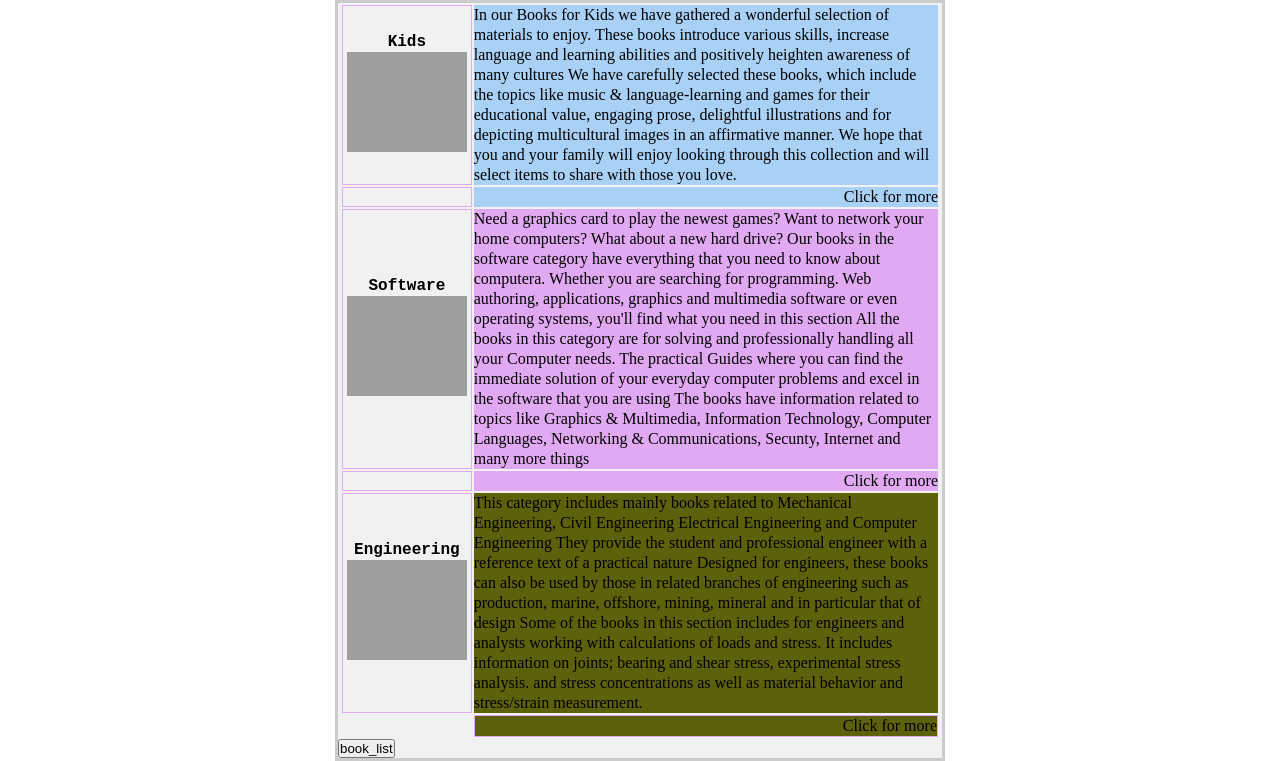
Repository: Helianthusss/Learn-CPP
Page: HTML/lap2/bai4/bai4.html
The author's editor kept a copy of each file at every save. The page is drawn from the files as they stood at one save, then again after the next save.
The browser window is 1280 px wide. The pictures show the whole page.
Pictures or frames that could not be fetched are drawn as grey boxes.

Above is the page before, as saved 2021-10-10 08:18:59.

### HTML/lap2/bai4/bai4.html
<!DOCTYPE html>
<html lang="en">
  <head>
    <meta charset="UTF-8" />
    <meta http-equiv="X-UA-Compatible" content="IE=edge" />
    <meta name="viewport" content="width=device-width, initial-scale=1.0" />
    <title>Document</title>
    <link rel="stylesheet" href="bai4.css" />
  </head>
  <body>
    <div class="tab">
      <table>
        <tr id="tb1">
          <td class="tb12">
            <b> Kids</b>
            <img
              src="https://image.freepik.com/free-vector/children-day-draw-icon-collection_23-2147527765.jpg"
              width="120px"
              height="100px"
            />
          </td>
          <td class="tb11">
            In our Books for Kids we have gathered a wonderful selection of
            materials to enjoy. These books introduce various skills, increase
            language and learning abilities and positively heighten awareness of
            many cultures We have carefully selected these books, which include
            the topics like music & language-learning and games for their
            educational value, engaging prose, delightful illustrations and for
            depicting multicultural images in an affirmative manner. We hope
            that you and your family will enjoy looking through this collection
            and will select items to share with those you love.
          </td>
        </tr>
        <tr id="tb2">
          <td class="tb22"></td>
          <td class="tb21">Click for more</td>
        </tr>
        <tr id="tb3">
          <td class="tb31">
            <b> Software</b>
            <img
              src="https://khoaluantotnghiep.com/wp-content/uploads/2019/10/hinh-anh-quan-ly-nha-truong-2.jpg"
              width="120px"
              height="100px"
            />
          </td>
          <td class="tb32">
            Need a graphics card to play the newest games? Want to network your
            home computers? What about a new hard drive? Our books in the
            software category have everything that you need to know about
            computera. Whether you are searching for programming. Web authoring,
            applications, graphics and multimedia software or even operating
            systems, you'll find what you need in this section All the books in
            this category are for solving and professionally handling all your
            Computer needs. The practical Guides where you can find the
            immediate solution of your everyday computer problems and excel in
            the software that you are using The books have information related
            to topics like Graphics & Multimedia, Information Technology,
            Computer Languages, Networking & Communications, Secunty, Internet
            and many more things
          </td>
        </tr>
        <tr id="tb4">
          <td class="tb42"></td>
          <td class="tb41">Click for more</td>
        </tr>
        <tr id="tb5">
          <td class="tb51">
            <b> Engineering</b>
            <img
              src="https://www.du-hoc.net/wp-content/uploads/2018/06/vietnamese-engineer.jpg"
              width="120px"
              height="100px"
            />
          </td>
          <td class="tb52">
            This category includes mainly books related to Mechanical
            Engineering, Civil Engineering Electrical Engineering and Computer
            Engineering They provide the student and professional engineer with
            a reference text of a practical nature Designed for engineers, these
            books can also be used by those in related branches of engineering
            such as production, marine, offshore, mining, mineral and in
            particular that of design Some of the books in this section includes
            for engineers and analysts working with calculations of loads and
            stress. It includes information on joints; bearing and shear stress,
            experimental stress analysis. and stress concentrations as well as
            material behavior and stress/strain measurement.
          </td>
        </tr>
        <tr id="tb6">
          <td class="tb62"></td>
          <td class="tb61">Click for more</td>
        </tr>
      </table>
      <input type="submit" value="book_list" style="text-align: left" />
    </div>
  </body>
</html>

### HTML/lap2/bai4/bai4.css
* {
  padding: 0px;
  margin: 0px;
  box-sizing: border-box;
}
/* body{
    border:3px solid #00ff00;
          width:860px;
          height:820px;
          overflow-x:initial;
          overflow-y:initial;
} */
table {
  margin-left: auto;
  margin-right: auto;
  width: 600px;
  line-height: 20px;
  /* overflow-y: auto; */
}
.tab {
  overflow: hidden;
  border: 3px solid #ccc;
  background-color: #f1f1f1;
  margin-left: auto;
  margin-right: auto;
  width: 610px;
  /* overflow-x:initial;
          overflow-y:initial; */
}
/* .tab button {
    background-color: inherit;
    float: left;
    border: none;
    outline: none;
    cursor: pointer;
    padding: 14px 16px;
    transition: 0.3s;
    font-size: 17px;
  } */
#tb1 .tb11 {
  text-align: left;
  background-color: #a9d0f5;
}
#tb1 .tb12 {
  font-family: "Courier New", Courier, monospace;
  text-align: center;
  /* border-color: #E2A9F3;
    border: 1px; */
  border: 1px solid #e2a9f3;
}
#tb2 .tb21 {
  background-color: #a9d0f5;
  text-align: right;
}
#tb2 .tb22 {
  border: 1px solid #e2a9f3;
}
#tb3 .tb31 {
  text-align: center;
  font-family: "Courier New", Courier, monospace;
  border: 1px solid #e2a9f3;
}
#tb3 .tb32 {
  background-color: #e2a9f3;
}
#tb4 .tb41 {
  background-color: #e2a9f3;
  text-align: right;
}
#tb4 .tb42 {
  border: 1px solid #e2a9f3;
}
#tb5 .tb51 {
  font-family: "Courier New", Courier, monospace;
  text-align: center;
  border: 1px solid #e2a9f3;
}
#tb5 .tb52 {
  background-color: #5e610b;
}
#tb6 .tb61 {
  background-color: #5e610b;
  text-align: right;
}
#tb6 .tb61 {
  border: 1px solid #e2a9f3;
}

After the next save:
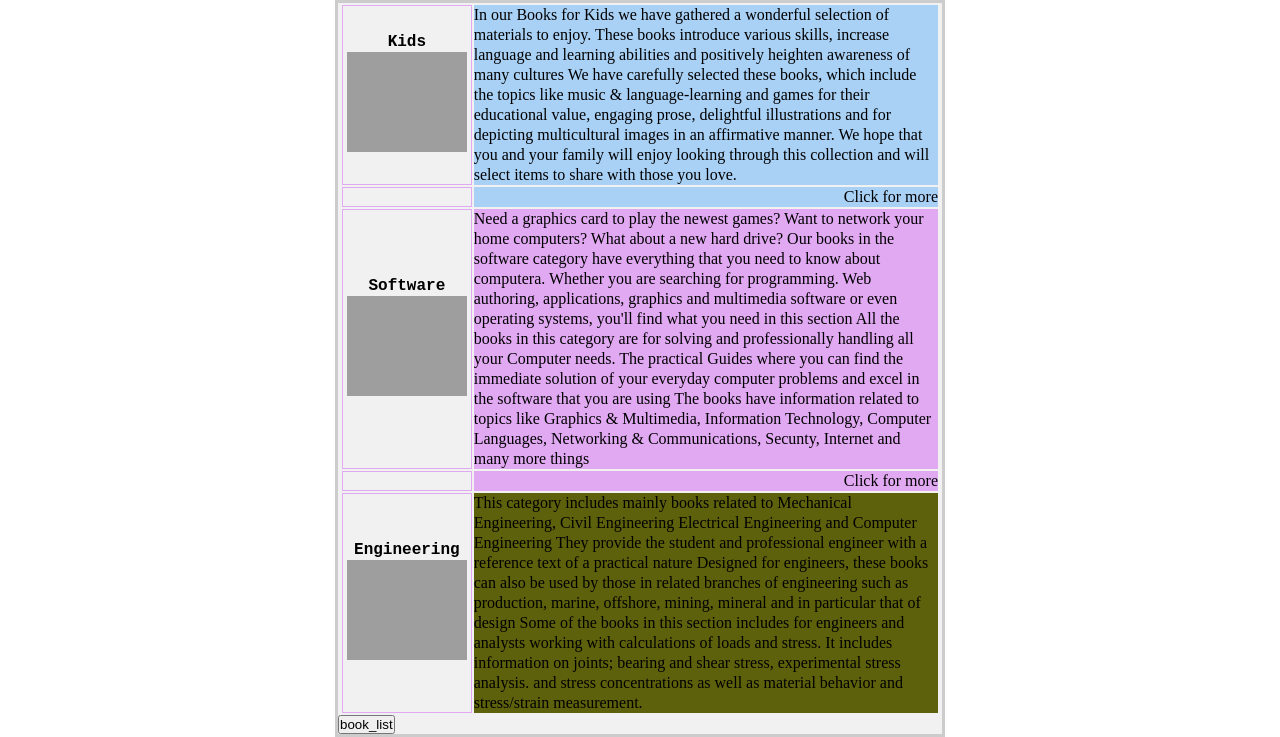
Saved 94 s later.
--- a/HTML/lap2/bai4/bai4.html
+++ b/HTML/lap2/bai4/bai4.html
@@ -87,10 +87,6 @@
             material behavior and stress/strain measurement.
           </td>
         </tr>
-        <tr id="tb6">
-          <td class="tb62"></td>
-          <td class="tb61">Click for more</td>
-        </tr>
       </table>
       <input type="submit" value="book_list" style="text-align: left" />
     </div>
